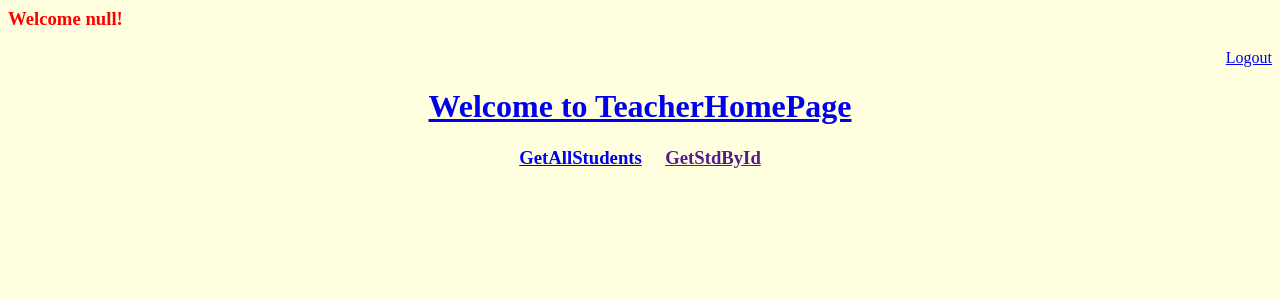
Repository: Konyala-Karthikeya/student_Details
Page: http://localhost/StudentWebApp/TeacHomePage
These files come from the project's save history. The page is drawn as it stood at one moment and after the next save; the edit follows.
The browser window is 1280 px wide. The pictures show the whole page.
The page is served by Tomcat 9.

Above is the page before, as saved 2024-01-08 05:28:55.

After the next save:
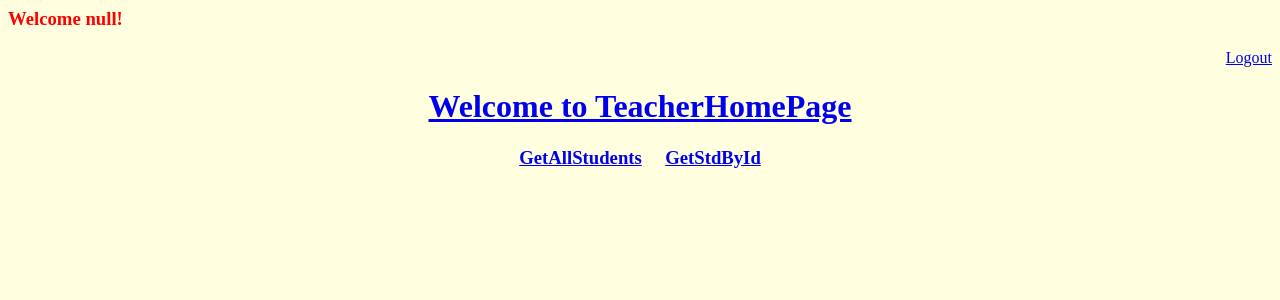
Saved 9 s later.
--- a/Sudent_Project/Workspace/StudentWebApp/src/com/web/TeacHomePage.java
+++ b/Sudent_Project/Workspace/StudentWebApp/src/com/web/TeacHomePage.java
@@ -31,7 +31,7 @@ public class TeacHomePage extends HttpServlet {
 		out.println("<center>");
 		out.println("<h1>Welcome to TeacherHomePage</h1>");
 		out.println("<h3><a href='GetAllStds'>GetAllStudents</a> &nbsp; &nbsp;");
-		out.println("<a href=''>GetStdById</a>");
+		out.println("<a href='GetStdById.html'>GetStdById</a>");
 		out.println("</center>");
 		out.println("</body>");
 	}
